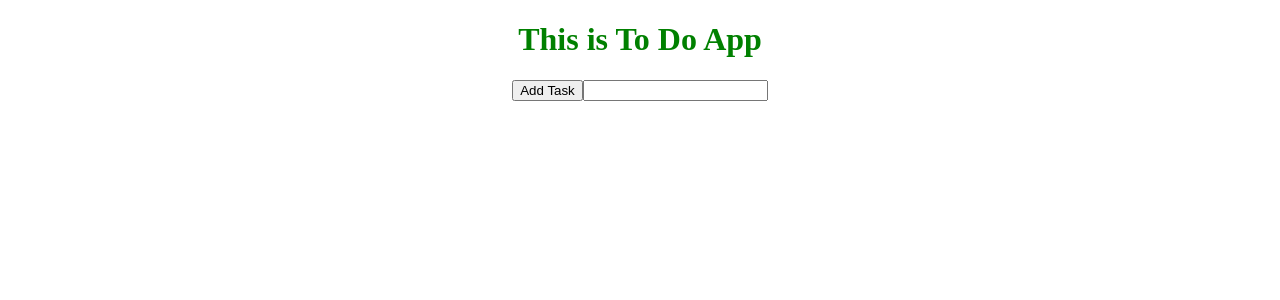
Repository: Gauravyadav678/GcounterApp
Page: / (app in gcounter/)
The author's editor kept a copy of each file at every save. The page is drawn from the files as they stood at one save, then again after the next save.
The browser window is 1280 px wide. The pictures show the whole page.
The project was rebuilt for these pictures with package versions that can differ from the ones it lists, and the page was loaded fresh each time. Also part of the build but not shown: gcounter/src/index.css.

Above is the page before, as saved 2024-10-23 20:24:27.

### gcounter/public/index.html
<!DOCTYPE html>
<html lang="en">
  <head>
    <meta charset="utf-8" />

    <meta name="viewport" content="width=device-width, initial-scale=1" />
    <meta name="theme-color" content="#000000" />


  </head>
  <body>

    <div id="root"></div>
  </body>
</html>

### gcounter/src/App.js

import './App.css';
// import StopWatch from './components/stopWatch';
import TodoApp from './components/todoApp';
// import TypingWithG from './components/typing';
// import CounterApp from './counter';


function App() {
  return (
    <div className="App">
      <>
      {/* <h1>This is the counter App</h1> */}
      {/* <CounterApp/>
      <TypingWithG/> */}
      {/* <StopWatch/> */}
      <TodoApp/>
      </>
    </div>
  );
}

export default App;

### gcounter/src/App.css
.App{
  text-align: center;
  color: green;
}

### gcounter/src/components/todoApp.js

import React, {useState , useEffect} from "react";

function TodoApp(){
    const [task,setTask]=useState("");
    const [tasks,setTasks]=useState([]);

    const addTask =  () => {
     setTasks([...tasks, task]);
     setTask("");
    }
    const handleInputChange = (event) =>{
    setTask(event.target.value);
    }
    return(
        <>
        <h1>This is To Do App</h1>
        <ul>
        {tasks.map((item, index) => (
          <li key={index}>{item}</li>
        ))}
        </ul>
        <button onClick={addTask}>Add Task</button>
        <input type="text" onChange={handleInputChange} value={task}></input>
        </>
    )
}

export default TodoApp;

Loaded but not shown: gcounter/src/index.js (common file); gcounter/src/reportWebVitals.js (common file)

After the next save:
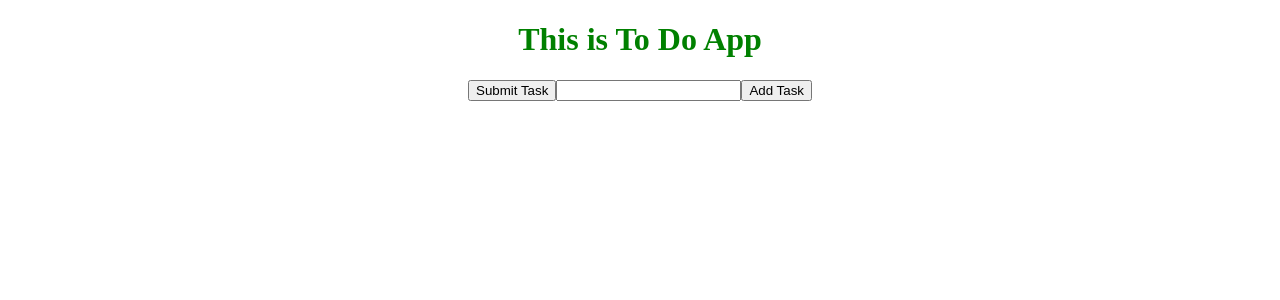
Saved 3 min 40 s later.
--- a/gcounter/src/components/todoApp.js
+++ b/gcounter/src/components/todoApp.js
@@ -4,6 +4,7 @@ import React, {useState , useEffect} from "react";
 function TodoApp(){
     const [task,setTask]=useState("");
     const [tasks,setTasks]=useState([]);
+    const [isinputVisible, setInputVisible]=useState(false);
 
     const addTask =  () => {
      setTasks([...tasks, task]);
@@ -20,8 +21,10 @@ function TodoApp(){
           <li key={index}>{item}</li>
         ))}
         </ul>
-        <button onClick={addTask}>Add Task</button>
+        <button onClick={addTask}>Submit Task</button>
         <input type="text" onChange={handleInputChange} value={task}></input>
+
+        <button>Add Task</button>
         </>
     )
 }
